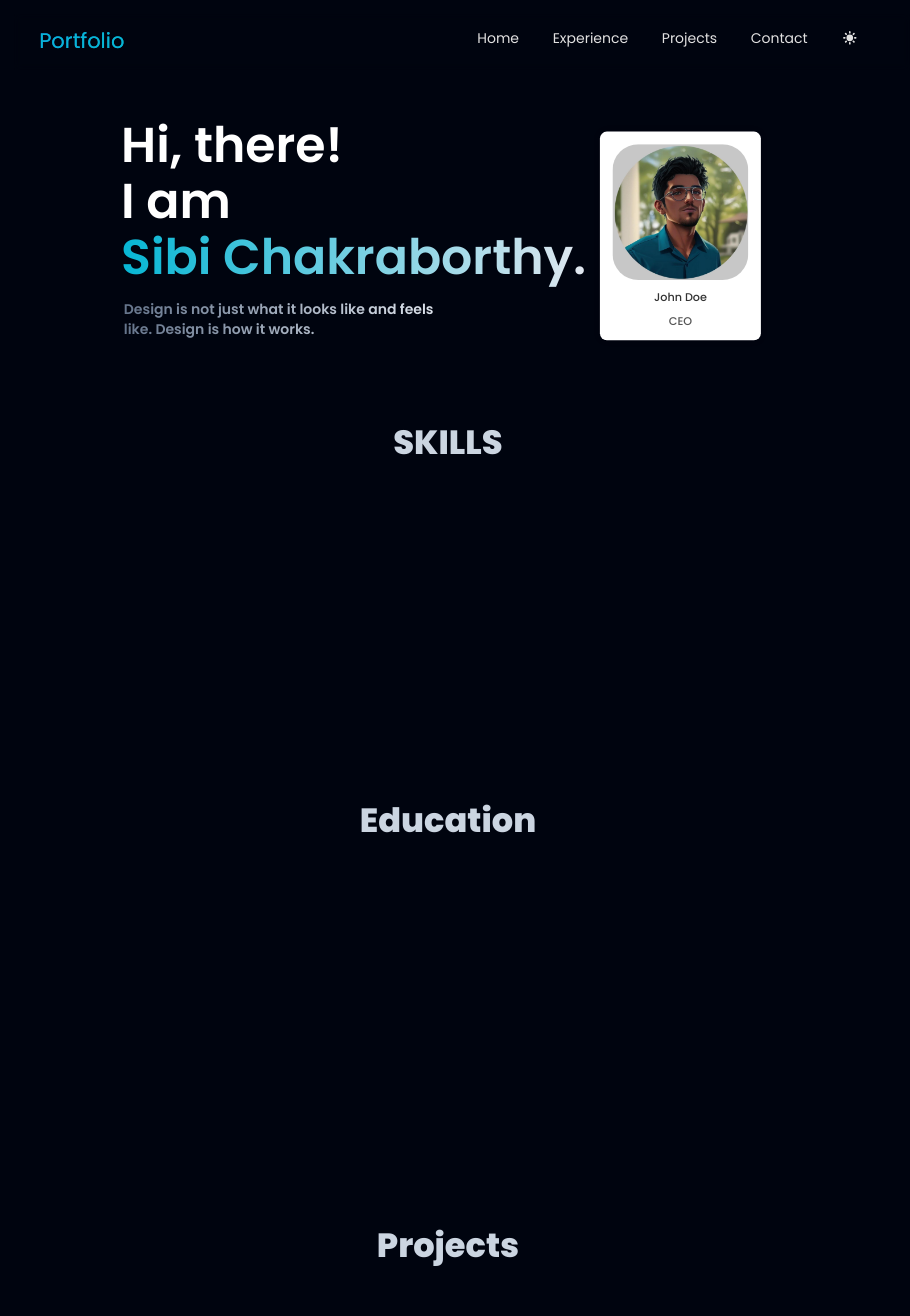
Repository: sibi24sibi/MyPersonalPortfolio
Page: /
An editor plug-in stored every save of this project. The page is shown before and after the next save, followed by the edit.
The browser window is 1280 px wide. The page is 1300 px wide, so the pictures cover 1300 px, including what lies to the right of the window. The pictures show the part of the page from y = 0 to 1880 px (the page is 3414 px tall before and 3432 px after), at 70% of full size.
The project was rebuilt for these pictures with package versions that can differ from the ones it lists, and the page was loaded fresh each time. Also part of the build but not shown: vite.config.js, src/components/Menu.jsx, src/components/Footer.jsx.

Above is the page before, as saved 2024-05-03 17:29:25.

### index.html
<!DOCTYPE html>
<html lang="en">

<head>
  <meta charset="UTF-8" />
  <link rel="icon" type="image/svg+xml" href="" />
  <meta name="viewport" content="width=device-width, initial-scale=1 , maximum-scale=1 ,user-scalable=no" />
  <title>
    Personal Portfolio
  </title>
</head>

<body className="darkMode">
  <div id="root" className="px-5 w-screen"></div>
  <script type="module" src="/src/main.jsx"></script>
</body>

</html>

### src/index.css
@import url('https://fonts.googleapis.com/css2?family=Poppins:wght@300;400;500;600;800&display=swap');
@tailwind base;
@tailwind components;
@tailwind utilities;

html {
    @apply overflow-x-hidden scroll-smooth
}

body {

    @apply dark:bg-[#00040f] bg-[#e2e2e2ab]
}

### src/App.jsx
import Navbar from "./components/Navbar";
import About from "./components/About";

import Education from "./components/Education";
import Projects from "./components/Projects";
import Skills from "./components/Skills";

import HashLoader from "react-spinners/HashLoader";
import CTA from "./components/CTA";
import MyEmailLayout from "./components/email";
import Footer from "./components/Footer";


import { useState, useEffect } from "react";

const override = {
  display: "flex",
  justifyContent: "center",
  alignItems: "center",
  marginTop: "5rem",
  borderColor: "red",
};

const App = () => {
  const [loading, setLoading] = useState(true);

  useEffect(() => {
    setLoading(true);
    setTimeout(() => {
      setLoading(false);
    }, 3000);
  }, []);
  return (
    <>
      {loading ? (
        <div className="flex h-screen w-screen justify-center items-center bg-[#00040f] ">
          <HashLoader
            color="#0891b2"
            loading={loading}
            cssOverride={override}
            size={90}
            aria-label="Loading Spinner"
            data-testid="loader"
          />
        </div>
      ) : (
        <div className=" flex flex-col justify-center items-center">
          <Navbar></Navbar>
          <About></About>
          <Skills></Skills>
          <Education></Education>
          <Projects></Projects>
          <CTA></CTA>
          <MyEmailLayout></MyEmailLayout>
          {/* <Footer></Footer> */}
        </div>
      )}
    </>
  );
};
export default App;

### src/components/Navbar.jsx
import { CgMenuRightAlt } from "react-icons/cg";
import { HiSun, HiMoon } from "react-icons/hi";
import { useState, useEffect } from "react";
import Menu from "./Menu";

const Navbar = () => {
  const [nav, setNav] = useState(false);

  const [theme, setTheme] = useState("light");

  useEffect(() => {
    if (theme === "dark") {
      document.documentElement.classList.remove("dark");
    } else {
      document.documentElement.classList.add("dark");
    }
  }, [theme]);

  const handleTheme = () => {
    setTheme(theme === "dark" ? "light" : "dark");
  };

  return (
    <>
      <section className="NAVBAR sticky top-0 backdrop-blur-[5px] z-10 pt-5  translate-x-[20px] min-w-full mt-5 font-['Poppins']  max-sm:p-2 max-sm:mx-1 max-sm:max-h-[48px] ">
        <div className="flex  justify-between capitalize md:ml-9 sm:ml-2">
          <div className="LOGO ">
            <a
              href="#"
              className="text-3xl bg-gradient-to-r from-blue-600 to-cyan-600 bg-clip-text text-transparent dark:text-cyan-500 max-sm:text-2xl"
            >
              {"Portfolio"}
            </a>
          </div>
          <div className="NAVLINKS min-w-full pr-9 text-[20px] translate-x-[-160px]  max-sm:hidden flex justify-end gap-12 text-[#00040f] dark:text-[#e1e1e1] ">
            <a href="#about" className=" hover:text-cyan-500">
              Home
            </a>
            <a href="#experience" className="hover:text-cyan-500">
              Experience
            </a>
            {/* <a href="#education" className="hover:text-cyan-500 ">
              Education
            </a> */}
            <a href="#projects" className="hover:text-cyan-500 ">
              Projects
            </a>
            <a href="#contact" className="hover:text-cyan-500 ">
              Contact
            </a>

            <button onClick={handleTheme}>
              {theme === "dark" ? (
                <HiMoon className="-translate-y-1 text-2xl" />
              ) : (
                <HiSun className="-translate-y-1 text-2xl" />
              )}
            </button>

            </div>
            </div>
          <button onClick={() => setNav(!nav)}>
            <CgMenuRightAlt className="hidden max-sm:block mr-5   absolute top-2  right-10 md:transform-none text-[#00040f] dark:text-[#e1e1e1] text-[32px]" />
          </button>


        {nav && <Menu />}

      </section>



    </>
  );
};
export default Navbar;

### src/components/About.jsx
import Lottie from "lottie-react";
import computer from "../assets/lottie/computer.json";
import Profile from "../assets/Profile.jpg";
import "./about-style.css";

const About = () => {
  return (
    <>
      <section
        id="about"
        className="p-5 mx-2 mb-10 font-medium font-['Poppins'] max-w-6xl max-sm:p-2 max-sm:mx-5"
      >
        <div className="WRAPPER mt-12 flex justify-between max-sm:flex-col gap-35">
        <div className="INTRO text-[70px] leading-[80px] font-semibold max-sm:text-[40px] max-sm:leading-[70px] max-sm:font-semibold">
            <h3 className="text-[#00040f] dark:text-white">
              Hi, there! <br />I am
            </h3>
            <span className="bg-clip-text text-transparent bg-gradient-to-r  from-blue-600 to-cyan-600 dark:from-cyan-500 dark:to-slate-200">
             Sibi Chakraborthy.

            </span>

            <p className="ABOUT h-[100px] text-xl max-sm:text-[15px] bg-clip-text text-transparent  bg-gradient-to-r  from-[#00040f] to-slate-500 dark:from-slate-500 dark:to-slate-200 max-w-[470px] mt-5 pl-1">
            Design is not just what it looks like and feels like. Design is how it works.
            </p>
          </div>
        <div className="div">

        <div className="team-member">
            <img src={Profile} alt="Profile"/>
            <h3>John Doe</h3>
            <p>CEO</p>
        </div>



        </div>
        </div>
      </section>
    </>
  );
};
export default About;

### src/components/Education.jsx
import Lottie from "lottie-react";
import education from "../assets/lottie/education.json";
import SAEC from "../assets/SAEC.png";
import AOS from "aos";

import { useEffect } from "react";

const Education = () => {
  useEffect(() => {
    AOS.init();
  }, []);
  return (
    <section
      id="education"
      className="EXPERIENCE max-w-6xl p-5 mx-20 mb-25 font-['Poppins']  max-sm:p-2 max-sm:mx-5"
    >
      <div className="WRAPPER mt-10">
        <h1 className="text-[#00040f] dark:text-slate-300 text-center font-extrabold text-5xl mb-5 max-sm:text-4xl   ">
          Education
        </h1>

        <div
          className="EDUCATION flex gap-7 justify-between flex-row-reverse max-sm:flex-col"
          data-aos="fade-right"
        >
          <div className="max-w-[520px] mt-[52px] p-7 max-sm:p-3">
            <div className="flex gap-5">
              <img
                src={SAEC}
                alt="SAEC"
                className="w-[150px] h-[100px]"
              />
              <h1 className="bg-clip-text text-transparent bg-gradient-to-r max-sm:text-[17px] from-amber-500 via-orange-600 to-yellow-500 dark:from-[#ff6600] dark:to-slate-100 font-semibold text-2xl w-[300px] h-[100px] tracking-wider ">
                Syed Ammal engineering college
              </h1>
            </div>

            <div className="mt-7 flex flex-col gap-5 text-left pl-4">
              <h3 className="capitalize  text-slate-800 dark:text-slate-300 text-xl max-sm:text-lg">
                Bachelor of technology
              </h3>
              <p className="italic capitalize text-gray-500 dark:text-slate-500 text-xl max-sm:text-lg leading-9">
                November 2020 - May 2024
              </p>

              <p className="capitalize text-gray-500 dark:text-slate-500 text-xl max-sm:text-lg leading-9">
                Computer Science and Engineering
              </p>
            </div>
          </div>
          <Lottie
            animationData={education}
            loop={true}
            className="max-w-[500px]"
          />
        </div>
      </div>
    </section>
  );
};
export default Education;

### src/components/Skills.jsx
import {
  HTML,
  CSS,
  Github,
  Git,
  Vite,
  TailwindCSS,
  react,
  Python,
  Javascript,
  CPP,
  C,
  Vue,
  nodejs
} from "../constants/Constant";

import AOS from "aos";
import "aos/dist/aos.css";
import { useEffect } from "react";
import Image from "./Img_prop";

const Skills = () => {
  useEffect(() => {
    AOS.init();
  }, []);
  return (
    <>
      <section className="EXPERIENCE p-5  mb-10 max-w-6xl  font-['Poppins']  max-sm:p-2 max-sm:mx-5">
        <div>
        <h1 className="text-[#00040f] dark:text-slate-300 font-extrabold text-5xl text-center max-sm:text-4xl ">
          SKILLS
        </h1>
        </div>
        <div
          className=" grid place-content-start  grid-cols-3 gap-4 max-sm:p-2 mt-10"
          data-aos="zoom-out-up"
        >
          <Image img={HTML}></Image>
          <Image img={CSS}></Image>
          <Image img={Javascript}></Image>
          <Image img={react}></Image>
          <Image img={TailwindCSS}></Image>
          {/* <Image img={Vue}></Image>
          <Image img={CPP}></Image>
          <Image img={C}></Image> */}
          <Image img={Python}></Image>
          {/* <Image img={Vite}></Image> */}
          <Image img={Git}></Image>
          <Image img={Github}></Image>
          <Image img={nodejs}></Image>
        </div>
      </section>
    </>
  );
};
export default Skills;

### src/components/CTA.jsx
function CTA() {
  const resumeLink = "/Sibi-Chakraborthy-V.pdf";
  return (
    <div id="resume" className="pt-36 max-w-6xl resume relative w-full flex justify-center ">

      <div className="pt-14 mx-20 pb-40">
        <h2 className="text-4xl md:text-5xl max-sm:text-[35px] max-sm:leading-[60px] font-bold mb-10 text-[#00040f] dark:text-white text-center">
          Need to know about me more
        </h2>
        <div className="flex justify-center ">
        <a
          href={resumeLink}
          className="cursor-pointer font-bold whitespace-nowrap
        mt-6 px-8 py-3 dark:text-[#e1e1e1] border-2 rounded-full border-[#808080]  bg-bg hover:bg-fun-pink hover:border-fun-pink transition-colors inline-flex items-center"
        >
          <svg class="fill-current w-4 h-4 mr-2" xmlns="http://www.w3.org/2000/svg" viewBox="0 0 20 20"><path d="M13 8V2H7v6H2l8 8 8-8h-5zM0 18h20v2H0v-2z"/></svg>
          <span>Resume</span>

        </a>

        </div>
      </div>


    </div>
  );
}

export default CTA;

### src/components/email.jsx
import React, { useRef, useEffect } from "react";
import emailjs from '@emailjs/browser';



const MyEmailLayout = () => {
  const form = useRef();

  useEffect(() => {
    // Initialize emailjs
    emailjs.init('-fw29uVaf1UZJqOVT');
  }, []);

  const sendEmail = (e) => {
    e.preventDefault();

    emailjs

      .sendForm('service_hgvjibu', 'template_f9rmzk9', form.current)
      .then(
        () => {
          alert('Email sent successfully!');
        },
        (error) => {
          alert('Failed to send email. Please try again later.');
          console.error('Email Error:', error);
        }
      );
  };

  return (
    <div   className="mb-20 max-w-6xl" id="contact">

      <div className=" mx-10 max-sm:mx-5 ">
      <div className="div">
      <h1 className="text-2xl dark:text-[#e1e1e1] font-bold mb-4 ">SEND ME A EMAIL</h1>
      </div>
      <form ref={form} onSubmit={sendEmail}>
        <div className="grid  grid-cols-2 gap-4 flex justify-center">
          <div>
            <label htmlFor="name" className="dark:text-[#e1e1e1]">Name</label>
            <input
              type="text"
              id="name"
              name="user_name"
              className="px-3 py-2 placeholder-gray-400 text-gray-600 relative dark:bg-slate-300 bg-stone-300 rounded text-sm border-0 shadow outline-none focus:outline-none focus:ring  w-full"
            />
          </div>
          <div>
            <label htmlFor="email" className="dark:text-[#e1e1e1]">Email</label>
            <input
              type="email"
              id="email"
              name="user_email"
              className="px-3 py-2 placeholder-gray-400 text-gray-600 relative dark:bg-slate-300 bg-stone-300 rounded text-sm border-0 shadow outline-none focus:outline-none focus:ring w-full"
            />
          </div>
        </div>
        <label htmlFor="message" className="dark:text-[#e1e1e1]">Message</label>
        <textarea
          placeholder=""
          name="message"
          className="px-3 py-2 placeholder-gray-400 text-gray-600 relative dark:bg-slate-300 bg-stone-300 rounded text-sm border-0 shadow outline-none focus:outline-none focus:ring h-40 w-full "
        ></textarea>
        <button
          type="submit"
          className="bg-blue-500 rounded-full text-white px-4 py-2 mt-4 float-right"
          value="Send"
        >
          Send Email
        </button>
      </form>
      </div>
    </div>
  );
};

export default MyEmailLayout;

### src/components/about-style.css
.team {
    display: flex;
    justify-content: center;
    align-items: center;
    flex-wrap: wrap;
    padding: 20px; /* Add some padding for better spacing */
}

.team-member {
    text-align: center;
    margin: 20px;
    background-color: #fff; /* White background for each team member */
    padding: 15px; /* Add padding for better visual appeal */
    border-radius: 10px; /* Add rounded corners */
    box-shadow: 0 0 10px rgba(0, 0, 0, 0.1); /* Add a subtle box shadow */
}

.team-member img {
    width: 200px;
    height: 200px;
    border-radius: 20%;
    object-fit: cover;
    margin-bottom: 10px;

/* Additional styling for the image */
border: 3px solid #fff; /* Add a white border around the image */
transition: transform 0.3s ease-in-out; /* Add a smooth transition effect */

/* Hover effect: Scale the image slightly on hover */
cursor: pointer;
}

/* Add a hover effect for better user interaction */
.team-member img:hover {
transform: scale(1.1);
}


.team-member h3 {
    margin: 10px 0;
    color: #333; /* Darken the text color */
}

.team-member p {
    color: #555;
}

### src/components/Project_prop.jsx
/* eslint-disable react/prop-types */

import "./proj_style.css";


const Project_prop = (props) => {
  return (
    <>



      <div className="card bg-blue-100 dark:bg-sky-950 rounded-lg shadow-lg aspect-w-16 aspect-h-9 ">
        <h3
        className="title capitalize font-bold h-20 text-slate-800 dark:text-slate-300 text-xl max-sm:text-lg m-5 text-center"
        >
          {props.title}
        </h3>
            <div className="bar h-1 min-w-40 dark:bg-gray-800  bg-slate-600  mx-5"></div>
        <div className="flex gap-1 ml-3 mt-3 ">
                {props.react}
                {props.vite}
                {props.html5}
                {props.css3}
                {props.php}
                {props.mysql}
                {props.javascript}
                {props.tailwindcss}
                {props.laravel}
                {props.bootstrap}
                {props.wordpress}

        </div>
        <p className="dark:text-slate-500 mt-2 text-sm px-5  select-none">
          {props.para}
        </p>
      </div>




    </>
  );
};
export default Project_prop;

### src/constants/Constant.jsx
import C from "../assets/C.png";
import CPP from "../assets/CPP.png";
import HTML from "../assets/HTML.png";
import Github from "../assets/Github.png";
import CSS from "../assets/CSS.png";
import Python from "../assets/Python.png";
import Javascript from "../assets/Javascript.png";
import Git from "../assets/Git.png";
import Vite from "../assets/Vite.png";
import TailwindCSS from "../assets/TailwindCSS.png";
import react from "../assets/react.png";
import Vue from "../assets/vue.png";
import nodejs from "../assets/nodejs.png";

import Hackthechain from "../assets/HackTheChainLogo.png";
import GSSOC from "../assets/GSSoc.jpg";
import IITB from "../assets/IITB.png";
import Sports from "../assets/Sports_Club.png";
import IIITians from "../assets/IIITians_Network.png";
import GDSC from "../assets/GDSC.png";
import KDE from "../assets/kde.png";
import Oppia from "../assets/oppia.png";

import GPT4 from "../assets/gpt4.jpg";
import Portfolio from "../assets/portfolio.jpg";
import Rocket from "../assets/Rocket.jpg";
import Game from "../assets/Stone.jpg";
import WellBeing from "../assets/well-being.jpg";

export {
  C,
  CPP,
  HTML,
  CSS,
  Github,
  Git,
  Vite,
  TailwindCSS,
  react ,
  Python,
  Javascript,
  Vue,
  Hackthechain,
  GSSOC,
  IITB,
  Sports,
  IIITians,
  GPT4,
  Portfolio,
  Rocket,
  WellBeing,
  Game,
  GDSC,
  KDE,
  nodejs,
  Oppia,
};

### src/components/Img_prop.jsx
const Img_prop = ({ img }) => {
  return (
    <>
      <div className="mr-60 w-[100px] max-sm:w-[75px] h-[100px] max-sm:h-[75px] shadow-xl shadow-slate-300 dark:shadow-lg dark:shadow-blue-500/50 bg-gradient-to-bl from-[#ccc] to-[#eee] dark:from-[#051937] dark:to-[#222] rounded-full place-content-center grid translate-x-[100px] max-sm:translate-x-1">
        <img src={img} alt="html" className="max-sm:h-[45px] h-[55px] " />
      </div>
    </>
  );
};
export default Img_prop;

### src/components/proj_style.css



  .card {
    position: relative;
    left: 0px;
    width: 200px;
    height: fit-content;
    min-height: 320px;
    padding-bottom: 10px;
  }

  .card:not(:first-child) {
      margin-left: -50px;
  }

  .card:hover {
    transform: translateY(-20px);
    transition: 0.4s ease-out;
  }

  .card:hover ~ .card {
    position: relative;
    left: 50px;
    transition: 0.4s ease-out;
  }

@media only screen and (max-width: 600px) {
  .card {
    position:unset;
    left:unset;
    padding-bottom:unset;
    margin: 10px;;
    padding-bottom:unset;
  }
  .card:hover {
    transform:unset ;
    transition:unset;
    margin-left:unset;
  }
  .card:not(:first-child) {
    margin-left:10px;

  }
  .card:hover ~ .card {
    position:unset;
    left:unset;
    transition:unset;
  }
}

Loaded but not shown: src/main.jsx (common file); src/assets/lottie/computer.json (common file); src/assets/lottie/Education.json (common file); tailwind.config.js (common file); src/components/Projects.jsx (189 lines, source omitted)

After the next save:
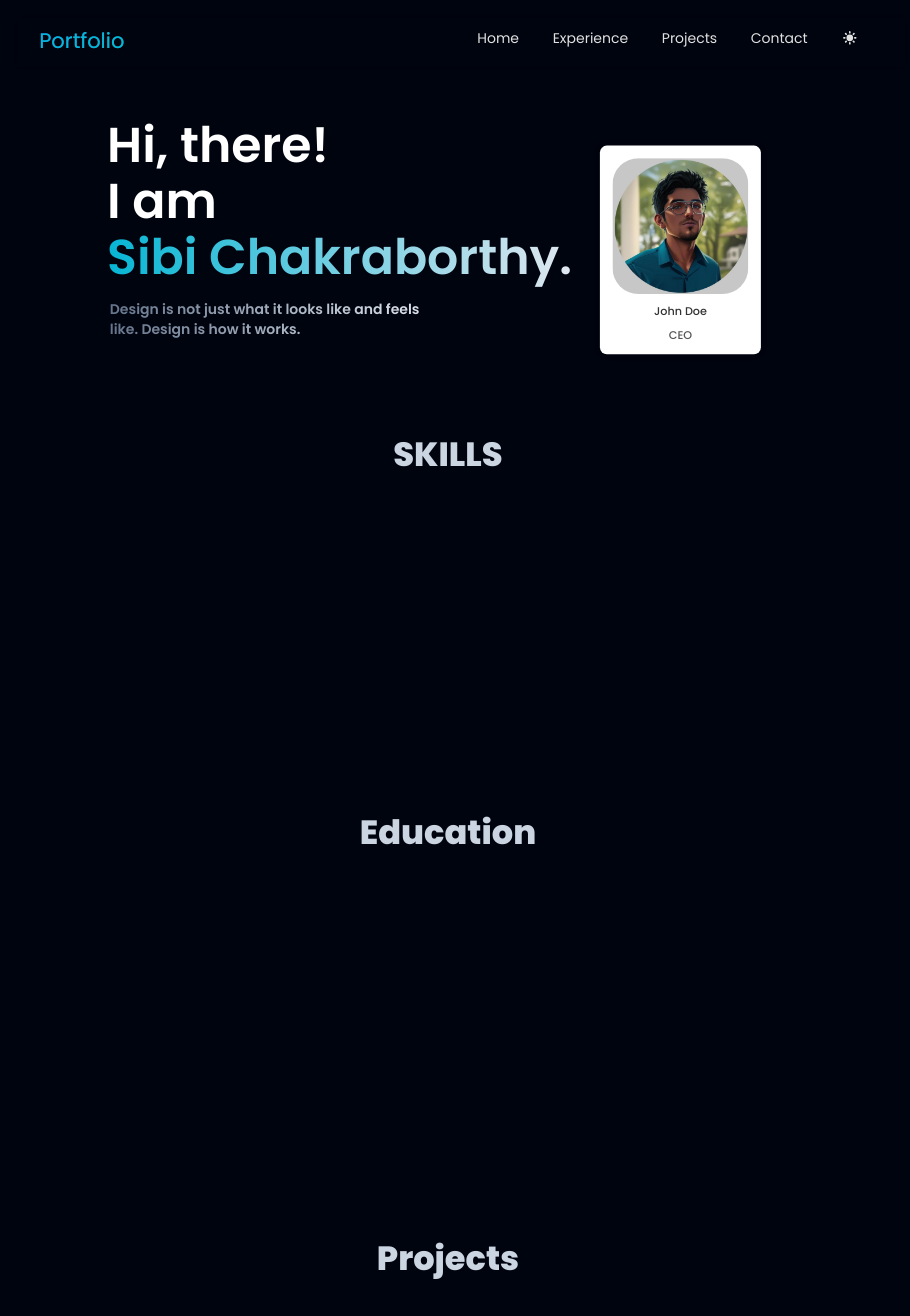
Saved 9 s later.
--- a/src/components/About.jsx
+++ b/src/components/About.jsx
@@ -25,13 +25,13 @@ const About = () => {
             </p>
           </div>
         <div className="div">
-
+        <section class="team">
         <div className="team-member">
             <img src={Profile} alt="Profile"/>
             <h3>John Doe</h3>
             <p>CEO</p>
         </div>
-
+        </section>
 
 
         </div>
